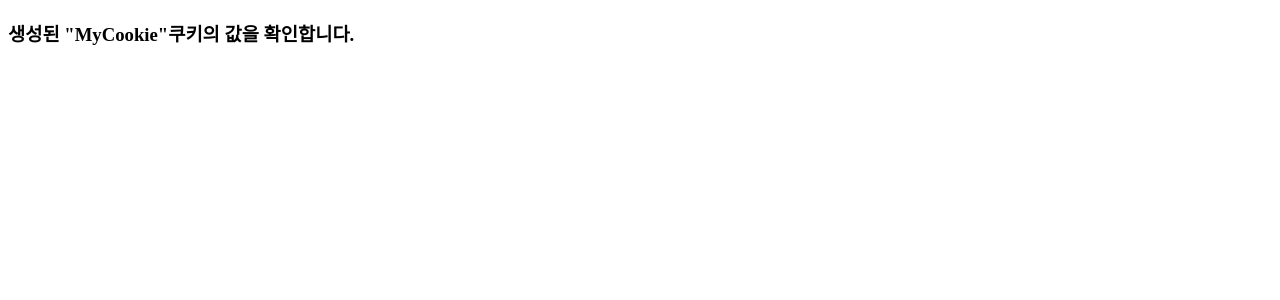
Repository: Gabintree/JDBC2019
Page: http://localhost/JDBC_20190521/20190524_CookieValueChg.jsp
These files come from the project's save history. The page is drawn as it stood at one moment and after a run of saves; the edit follows.
The browser window is 1280 px wide. The pictures show the whole page.
The page is served by Tomcat 9. Other server files are loaded and not shown.

Above is the page before, as saved 2019-05-24 02:42:34.

### JDBC_20190521/WebContent/20190524_CookieValueChg.jsp
<%@ page language="java" contentType="text/html; charset=UTF-8"
    pageEncoding="UTF-8"%>
<!DOCTYPE html>
<html>
<head>
<meta charset="UTF-8">
<title>Cookie 값 변경</title>
</head>
<body>
	<h3>생성된 "MyCookie"쿠키의 값을 확인합니다.</h3>

	<%
		Cookie[] cookies = request.getCookies();
		if (cookies != null && cookies.length > 0) {
		for(int i = 0; i < cookies.length; i++) {
			if (cookies[i].getName().equals("MyCookie")) {
	%>

		<h4>
		쿠키의 이름 : <%= cookies[i].getName() %><br>
		쿠키의 값 : <%= cookies[i].getName() %><br>
		</h4><hr>
		<h3>"MyCookie"쿠키의 값을 변경합니다.</h3>

<%
	cookies[i].setValue("MyCookie's&nbspvalue&nbspwas&nbspchanged!");
	response.addCookie(cookies[i]);
%>
	<h4>변경이 완료 되었습니다.</h4>
<%
			}
		}
	}

%>
</body>
</html>

After the next 2 saves:
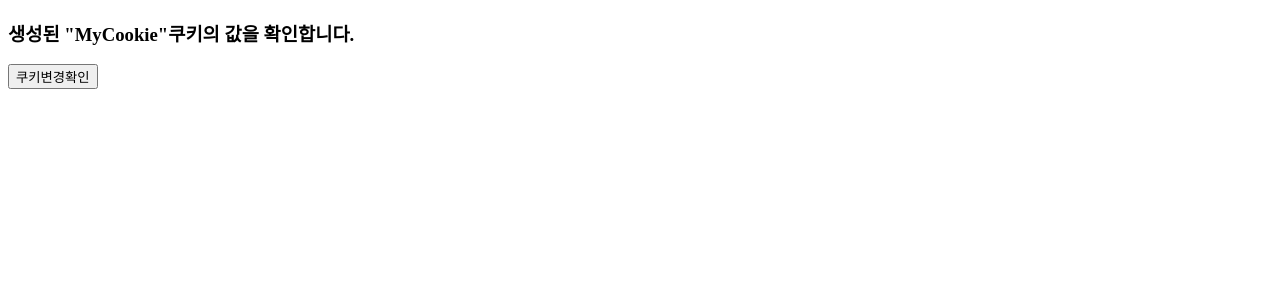
The 2 saves are shown as one change because they came seconds apart.
The last was saved 2 min 25 s later.
--- a/JDBC_20190521/WebContent/20190524_CookieValueChg.jsp
+++ b/JDBC_20190521/WebContent/20190524_CookieValueChg.jsp
@@ -33,5 +33,9 @@
 	}
 
 %>
+
+<form action ="20190524_CookieValueChk.jsp" method ="post">
+	<input type = "submit" value ="쿠키변경확인">
+</form>
 </body>
 </html>
